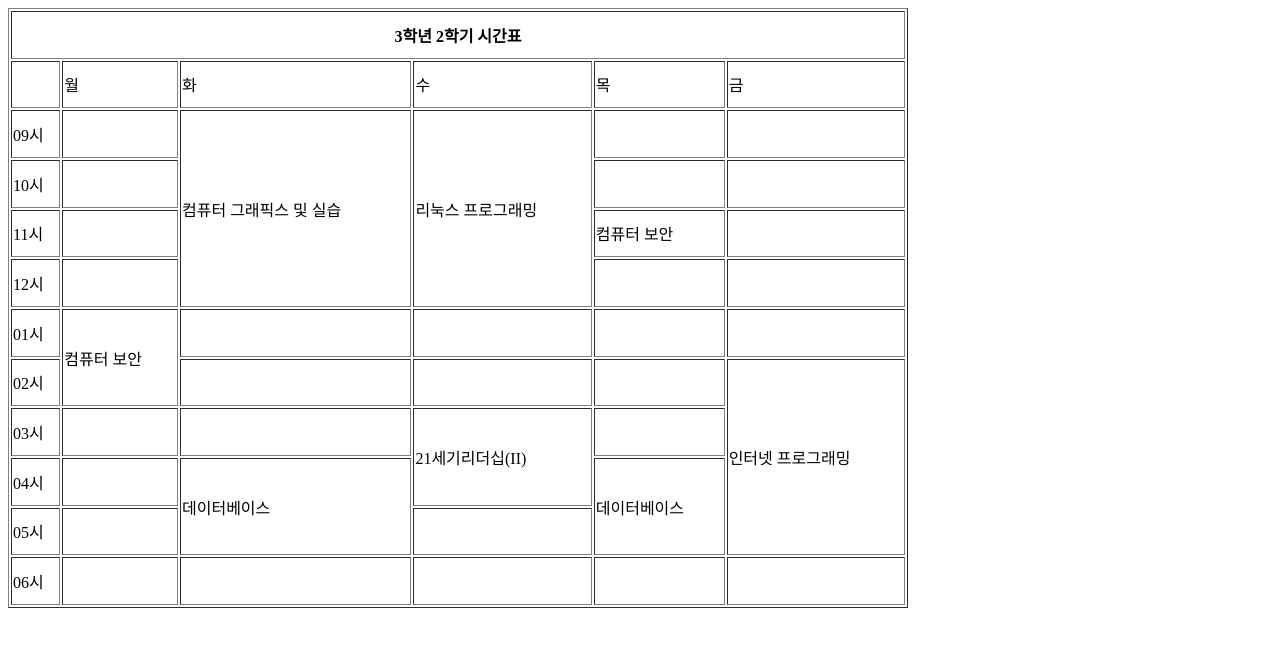
Repository: Cha-Ji/InternetProgramming
Page: week01/WebContent/hw04.html
The author's editor kept a copy of each file at every save. The page is drawn from the files as they stood at one save, then again after the next save.
The browser window is 1280 px wide. The pictures show the whole page.

Above is the page before, as saved 2020-09-06 13:23:18.

After the next save:
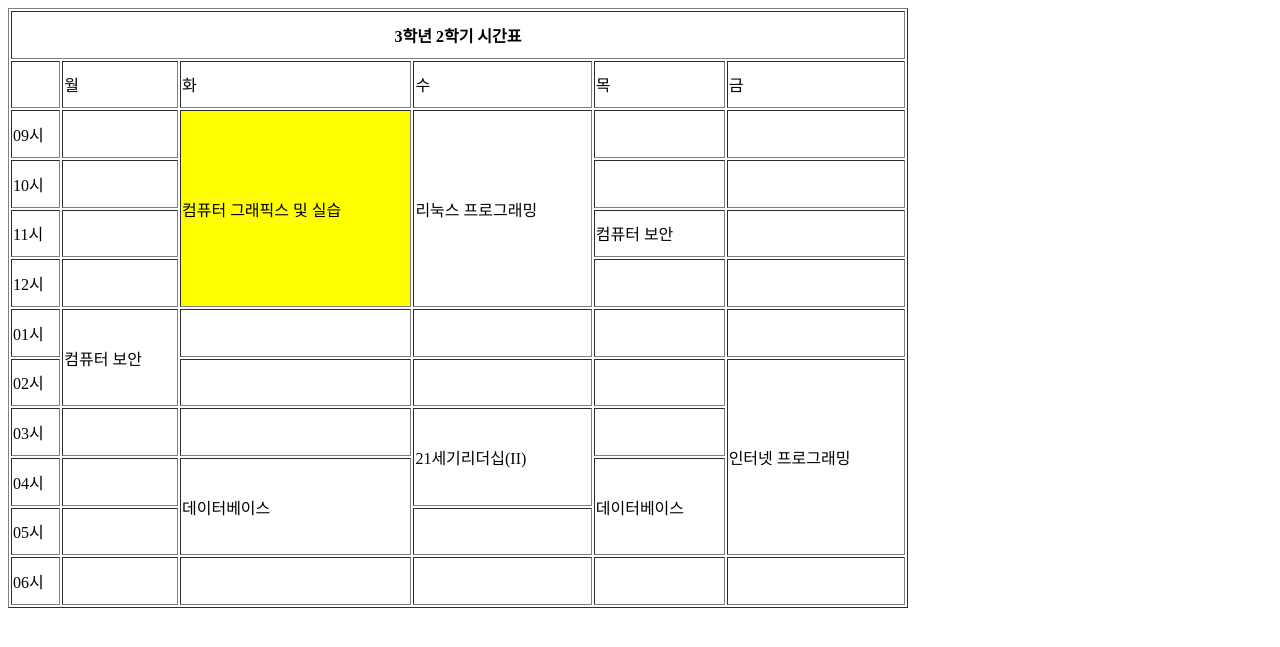
Saved 7 min 29 s later.
--- a/week01/WebContent/hw04.html
+++ b/week01/WebContent/hw04.html
@@ -13,7 +13,7 @@
 	<tr>
 	    <td>09시</td>
 	    <td></td>
-	    <td rowspan = "4">컴퓨터 그래픽스 및 실습</td>
+	    <td rowspan = "4" bgcolor = "yellow">컴퓨터 그래픽스 및 실습</td>
 	    <td rowspan = "4">리눅스 프로그래밍</td>
 	    <td></td>
 	    <td></td>
